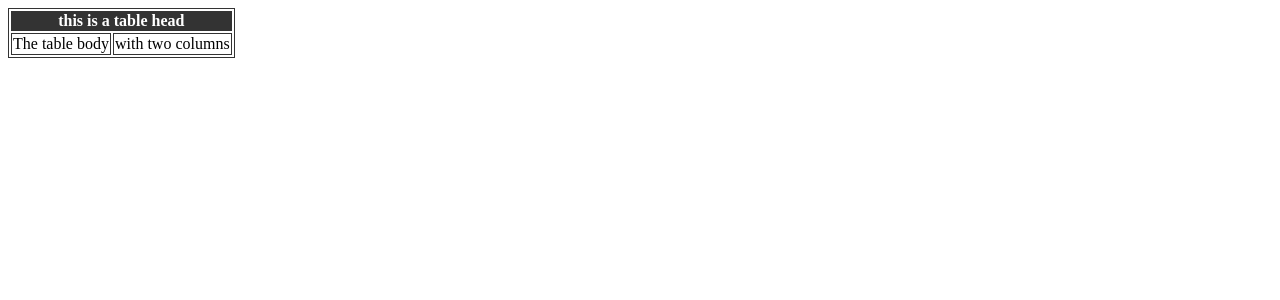
Repository: ishanbassi/trademark-gazette-searcher
Page: /
The author's editor kept a copy of each file at every save. The page is drawn from the files as they stood at one save, then again after the next save.
The browser window is 1280 px wide. The pictures show the whole page.
The project was rebuilt for these pictures with package versions that can differ from the ones it lists, and the page was loaded fresh each time. The framework's server and built-in components were replaced by stand-ins that run in the browser. Also part of the build but not shown: next.config.js.

Above is the page before, as saved 2022-04-04 15:51:27.

After the next save:
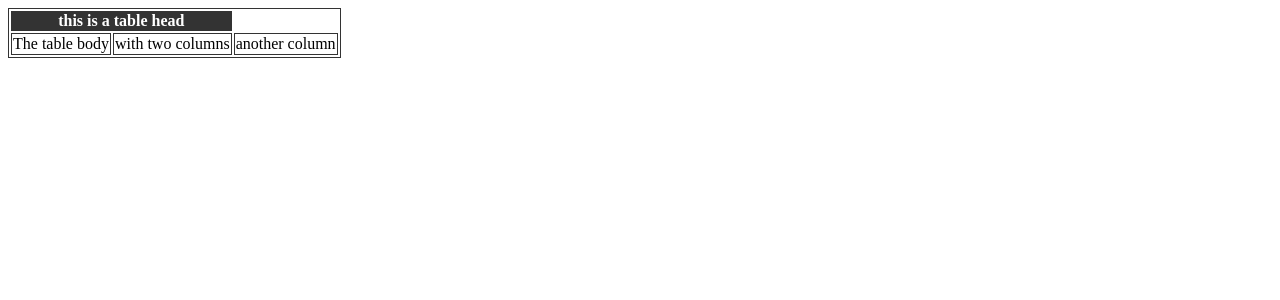
Saved 22 s later.
--- a/pages/index.tsx
+++ b/pages/index.tsx
@@ -12,6 +12,7 @@ export default function App() {
                 <tr>
                     <td>The table body</td>
                     <td>with two columns</td>
+                    <td>another column</td>
                 </tr>
             </tbody>
         </table>
